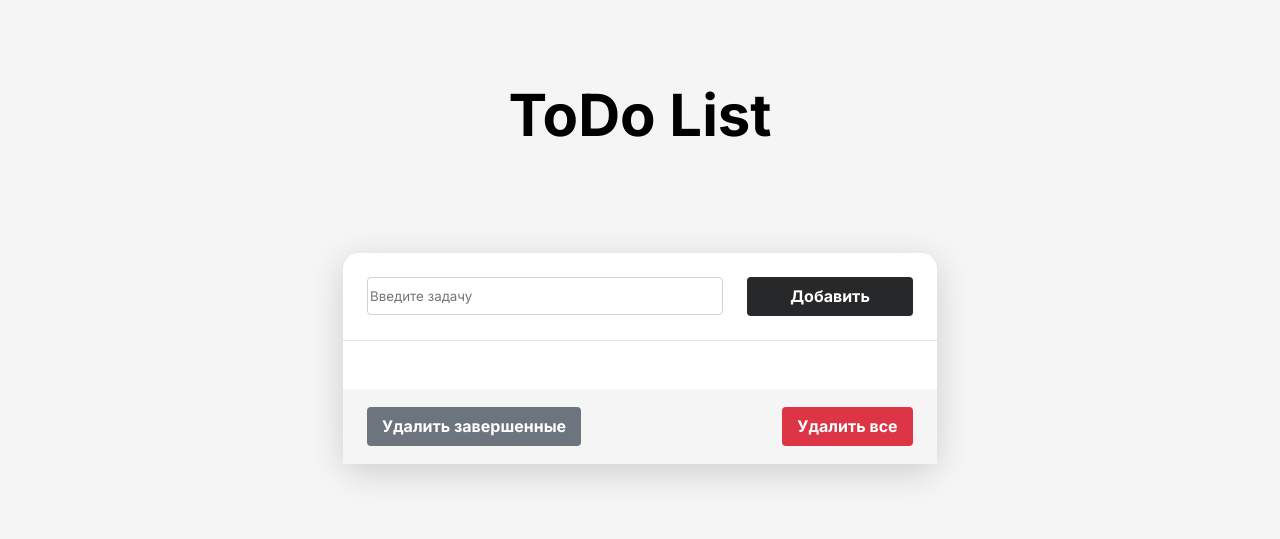
Repository: Tchistyakov/todolist
Page: /
These files come from the project's save history. The page is drawn as it stood at one moment and after a run of saves; the edit follows.
The browser window is 1280 px wide. The pictures show the whole page.
The project was rebuilt for these pictures with package versions that can differ from the ones it lists, and the page was loaded fresh each time.

Above is the page before, as saved 2021-11-26 14:39:41.

After the next 2 saves:
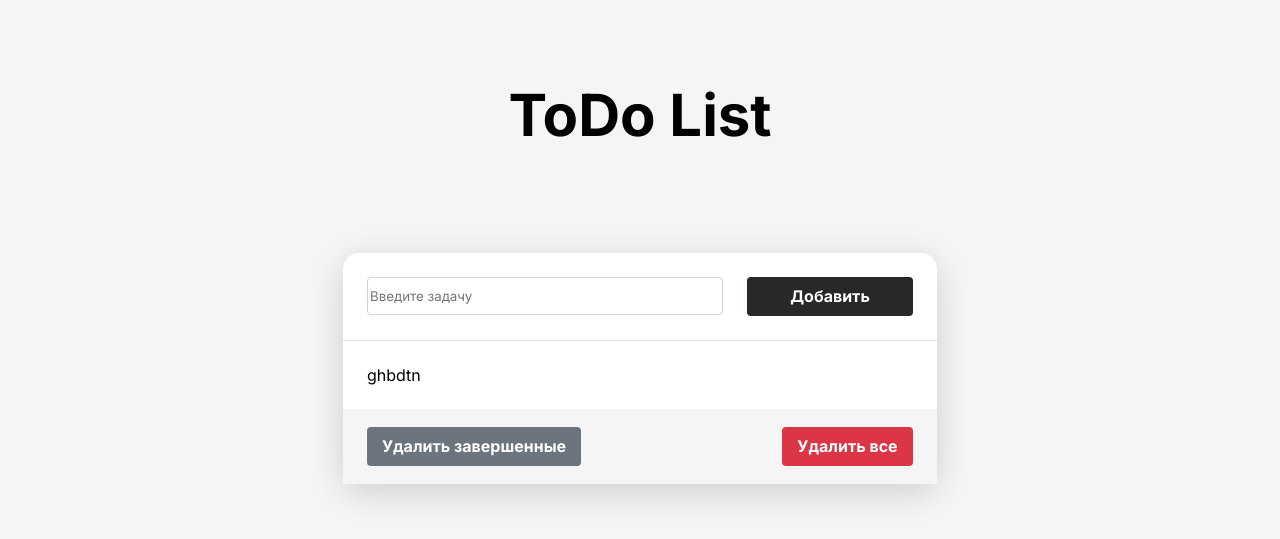
The 2 saves are shown as one change because 1 did not build or start.
The last was saved 6 min 0 s later.
--- a/src/Main/Main.js
+++ b/src/Main/Main.js
@@ -2,7 +2,7 @@ import React, { useState } from "react";
 
 function Main() {
 
-    const [todos, setTodos] = useState([])
+    const [todos, setTodos] = useState(['ghbdtn'])
     const [todoList, setTodoList] = useState('')
 
     function add() {
